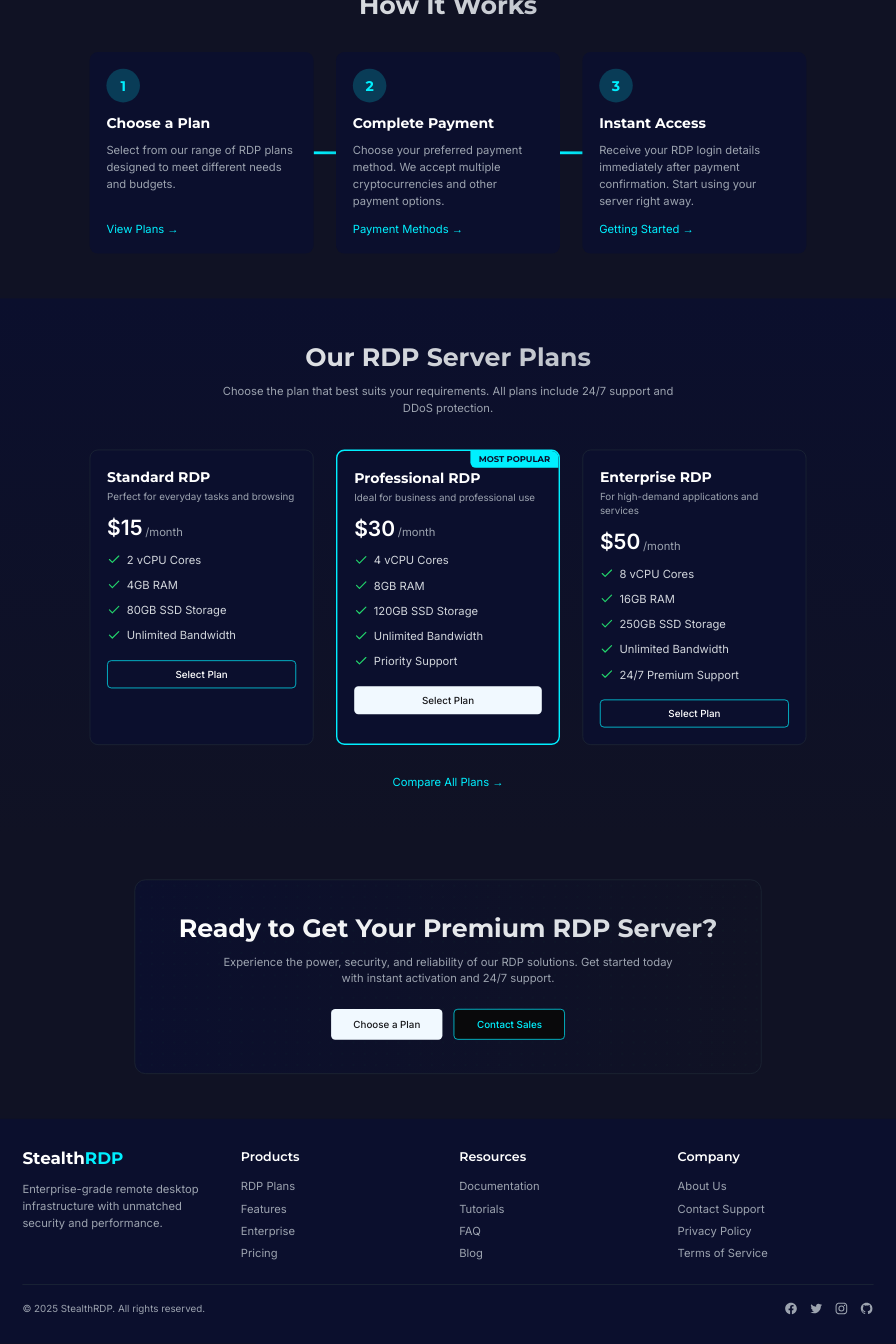
Repository: Husnainn01/stealthrdp2
Page: /
These files come from the project's save history. The page is drawn as it stood at one moment and after the next save; the edit follows.
The browser window is 1280 px wide. The pictures show the part of the page from y = 1025 to 2945 px (the page is 2945 px tall), at 70% of full size.
The project was rebuilt for these pictures with package versions that can differ from the ones it lists, and the page was loaded fresh each time. Also part of the build but not shown: vite.config.ts, src/components/ui/tooltip.tsx, src/components/ui/accordion.tsx, src/pages/FAQ.tsx, src/components/ui/card.tsx, src/components/ui/tabs.tsx, src/pages/Plans.tsx, src/pages/Features.tsx and 1 more.

Above is the page before, as saved 2025-05-05 05:15:45.

### index.html
<!DOCTYPE html>
<html lang="en">
  <head>
    <meta charset="UTF-8" />
    <meta name="viewport" content="width=device-width, initial-scale=1.0" />
    <title>stealth-digital-revamp</title>
    <meta name="description" content="Lovable Generated Project" />
    <meta name="author" content="Lovable" />

    <meta property="og:title" content="stealth-digital-revamp" />
    <meta property="og:description" content="Lovable Generated Project" />
    <meta property="og:type" content="website" />
    <meta property="og:image" content="https://lovable.dev/opengraph-image-p98pqg.png" />

    <meta name="twitter:card" content="summary_large_image" />
    <meta name="twitter:site" content="@lovable_dev" />
    <meta name="twitter:image" content="https://lovable.dev/opengraph-image-p98pqg.png" />
  </head>

  <body>
    <div id="root"></div>
    <!-- IMPORTANT: DO NOT REMOVE THIS SCRIPT TAG OR THIS VERY COMMENT! -->
    <script src="https://cdn.gpteng.co/gptengineer.js" type="module"></script>
    <script type="module" src="/src/main.tsx"></script>

    <!--Start of Tawk.to Script-->
    <script type="text/javascript">
    var Tawk_API=Tawk_API||{}, Tawk_LoadStart=new Date();
    (function(){
    var s1=document.createElement("script"),s0=document.getElementsByTagName("script")[0];
    s1.async=true;
    s1.src='https://embed.tawk.to/67aadec4825083258e1318e0/1ijpnccj4';
    s1.charset='UTF-8';
    s1.setAttribute('crossorigin','*');
    s0.parentNode.insertBefore(s1,s0);
    })();
    </script>
    <!--End of Tawk.to Script-->
  </body>
</html>

### src/App.tsx
import { Toaster } from "@/components/ui/toaster";
import { Toaster as Sonner } from "@/components/ui/sonner";
import { TooltipProvider } from "@/components/ui/tooltip";
import { QueryClient, QueryClientProvider } from "@tanstack/react-query";
import { BrowserRouter, Routes, Route } from "react-router-dom";
import ScrollToTop from "./components/ScrollToTop";
import Index from "./pages/Index";
import FAQPage from "./pages/FAQ";
import Plans from "./pages/Plans";
import Features from "./pages/Features";
import NotFound from "./pages/NotFound";

const queryClient = new QueryClient();

const App = () => (
  <QueryClientProvider client={queryClient}>
    <TooltipProvider>
      <Toaster />
      <Sonner />
      <BrowserRouter>
        <ScrollToTop />
        <Routes>
          <Route path="/" element={<Index />} />
          <Route path="/faq" element={<FAQPage />} />
          <Route path="/plans" element={<Plans />} />
          <Route path="/features" element={<Features />} />
          {/* ADD ALL CUSTOM ROUTES ABOVE THE CATCH-ALL "*" ROUTE */}
          <Route path="*" element={<NotFound />} />
        </Routes>
      </BrowserRouter>
    </TooltipProvider>
  </QueryClientProvider>
);

export default App;

### src/components/ui/toaster.tsx
import { useToast } from "@/hooks/use-toast"
import {
  Toast,
  ToastClose,
  ToastDescription,
  ToastProvider,
  ToastTitle,
  ToastViewport,
} from "@/components/ui/toast"

export function Toaster() {
  const { toasts } = useToast()

  return (
    <ToastProvider>
      {toasts.map(function ({ id, title, description, action, ...props }) {
        return (
          <Toast key={id} {...props}>
            <div className="grid gap-1">
              {title && <ToastTitle>{title}</ToastTitle>}
              {description && (
                <ToastDescription>{description}</ToastDescription>
              )}
            </div>
            {action}
            <ToastClose />
          </Toast>
        )
      })}
      <ToastViewport />
    </ToastProvider>
  )
}

### src/components/ui/sonner.tsx
import { useTheme } from "next-themes"
import { Toaster as Sonner, toast } from "sonner"

type ToasterProps = React.ComponentProps<typeof Sonner>

const Toaster = ({ ...props }: ToasterProps) => {
  const { theme = "system" } = useTheme()

  return (
    <Sonner
      theme={theme as ToasterProps["theme"]}
      className="toaster group"
      toastOptions={{
        classNames: {
          toast:
            "group toast group-[.toaster]:bg-background group-[.toaster]:text-foreground group-[.toaster]:border-border group-[.toaster]:shadow-lg",
          description: "group-[.toast]:text-muted-foreground",
          actionButton:
            "group-[.toast]:bg-primary group-[.toast]:text-primary-foreground",
          cancelButton:
            "group-[.toast]:bg-muted group-[.toast]:text-muted-foreground",
        },
      }}
      {...props}
    />
  )
}

export { Toaster, toast }

### src/components/ScrollToTop.tsx
import { useEffect } from 'react';
import { useLocation } from 'react-router-dom';

// This component scrolls to the top of the page when the route changes
const ScrollToTop = () => {
  const { pathname } = useLocation();

  useEffect(() => {
    // Scroll to top with smooth behavior
    window.scrollTo({
      top: 0,
      left: 0,
      behavior: 'smooth'
    });
  }, [pathname]);

  return null; // This component doesn't render anything
};

export default ScrollToTop;

### src/pages/Index.tsx

import React from 'react';
import { Link } from 'react-router-dom';
import Layout from '@/components/Layout';
import { Button } from '@/components/ui/button';
import { Check } from 'lucide-react';

const Index = () => {
  return (
    <Layout>
      {/* Hero Section */}
      <section className="pt-24 pb-16 md:pt-32 md:pb-24 relative overflow-hidden">
        <div className="absolute inset-0 z-0">
          <div className="absolute inset-0 bg-gradient-to-b from-charcoal to-midnight opacity-90"></div>
          <div className="absolute inset-0 bg-[radial-gradient(#22D46B10_1px,transparent_1px)] [background-size:20px_20px]"></div>
        </div>

        <div className="container relative z-10">
          <div className="max-w-4xl mx-auto text-center">
            <h1 className="text-4xl md:text-5xl lg:text-6xl font-bold font-montserrat mb-6 bg-gradient-to-r from-white to-gray-300 bg-clip-text text-transparent fade-in">
              Premium Remote Desktop Servers
            </h1>
            <p className="text-gray-300 text-lg md:text-xl mb-8 fade-in" style={{ animationDelay: '0.2s' }}>
              Secure, high-performance RDP solutions with instant setup, robust security features, and reliable 24/7 support.
            </p>
            <div className="flex flex-col sm:flex-row justify-center gap-4 fade-in" style={{ animationDelay: '0.4s' }}>
              <Button asChild size="lg" className="btn-electric text-base">
                <Link to="/plans">View Plans</Link>
              </Button>
              <Button asChild variant="outline" size="lg" className="border-electric text-electric hover:bg-electric/10 text-base">
                <Link to="/features">Explore Features</Link>
              </Button>
            </div>
          </div>
        </div>
      </section>

      {/* Key Benefits Section */}
      <section className="bg-midnight py-16">
        <div className="container">
          <h2 className="text-3xl md:text-4xl font-bold font-montserrat text-center mb-12 bg-gradient-to-r from-white to-gray-400 bg-clip-text text-transparent">
            Why Choose StealthRDP
          </h2>

          <div className="grid grid-cols-1 md:grid-cols-3 gap-8">
            {/* Benefit 1 */}
            <div className="bg-charcoal rounded-xl p-6 card-hover">
              <div className="w-14 h-14 rounded-full bg-cyber/20 flex items-center justify-center mb-4">
                <svg xmlns="http://www.w3.org/2000/svg" className="h-7 w-7 text-cyber" fill="none" viewBox="0 0 24 24" stroke="currentColor">
                  <path strokeLinecap="round" strokeLinejoin="round" strokeWidth={2} d="M9 12l2 2 4-4m6 2a9 9 0 11-18 0 9 9 0 0118 0z" />
                </svg>
              </div>
              <h3 className="text-xl font-bold font-montserrat text-white mb-3">Instant Setup</h3>
              <p className="text-gray-400">
                Get your RDP server up and running within minutes after payment. No waiting, no delays - start working immediately.
              </p>
            </div>

            {/* Benefit 2 */}
            <div className="bg-charcoal rounded-xl p-6 card-hover">
              <div className="w-14 h-14 rounded-full bg-electric/20 flex items-center justify-center mb-4">
                <svg xmlns="http://www.w3.org/2000/svg" className="h-7 w-7 text-electric" fill="none" viewBox="0 0 24 24" stroke="currentColor">
                  <path strokeLinecap="round" strokeLinejoin="round" strokeWidth={2} d="M17 8h2a2 2 0 012 2v6a2 2 0 01-2 2h-2v4l-4-4H9a1.994 1.994 0 01-1.414-.586m0 0L11 14h4a2 2 0 002-2V6a2 2 0 00-2-2H5a2 2 0 00-2 2v6a2 2 0 002 2h2v4l.586-.586z" />
                </svg>
              </div>
              <h3 className="text-xl font-bold font-montserrat text-white mb-3">24/7 Support</h3>
              <p className="text-gray-400">
                Our dedicated team is available around the clock to assist with any technical issues or questions you may have.
              </p>
            </div>

            {/* Benefit 3 */}
            <div className="bg-charcoal rounded-xl p-6 card-hover">
              <div className="w-14 h-14 rounded-full bg-cyber/20 flex items-center justify-center mb-4">
                <svg xmlns="http://www.w3.org/2000/svg" className="h-7 w-7 text-cyber" fill="none" viewBox="0 0 24 24" stroke="currentColor">
                  <path strokeLinecap="round" strokeLinejoin="round" strokeWidth={2} d="M12 15v2m-6 4h12a2 2 0 002-2v-6a2 2 0 00-2-2H6a2 2 0 00-2 2v6a2 2 0 002 2zm10-10V7a4 4 0 00-8 0v4h8z" />
                </svg>
              </div>
              <h3 className="text-xl font-bold font-montserrat text-white mb-3">Enhanced Security</h3>
              <p className="text-gray-400">
                Robust security measures including DDoS protection, secure data centers, and regular backups to keep your work safe.
              </p>
            </div>
          </div>
        </div>
      </section>

      {/* How It Works Section */}
      <section className="py-16 bg-charcoal">
        <div className="container">
          <h2 className="text-3xl md:text-4xl font-bold font-montserrat text-center mb-12 bg-gradient-to-r from-white to-gray-400 bg-clip-text text-transparent">
            How It Works
          </h2>

          <div className="grid grid-cols-1 md:grid-cols-3 gap-8 max-w-5xl mx-auto">
            {/* Step 1 */}
            <div className="relative">
              <div className="bg-midnight rounded-xl p-6 relative z-10 h-full flex flex-col">
                <div className="w-12 h-12 rounded-full bg-electric/20 flex items-center justify-center mb-4 text-electric font-montserrat font-bold text-xl">
                  1
                </div>
                <h3 className="text-xl font-bold font-montserrat text-white mb-3">Choose a Plan</h3>
                <p className="text-gray-400 flex-grow">
                  Select from our range of RDP plans designed to meet different needs and budgets.
                </p>
                <Link to="/plans" className="text-electric hover:underline mt-4 inline-block">
                  View Plans →
                </Link>
              </div>
              {/* Connector line */}
              <div className="hidden md:block absolute top-1/2 left-full w-full h-1 bg-gradient-to-r from-electric to-transparent -translate-y-1/2 z-0"></div>
            </div>

            {/* Step 2 */}
            <div className="relative">
              <div className="bg-midnight rounded-xl p-6 relative z-10 h-full flex flex-col">
                <div className="w-12 h-12 rounded-full bg-electric/20 flex items-center justify-center mb-4 text-electric font-montserrat font-bold text-xl">
                  2
                </div>
                <h3 className="text-xl font-bold font-montserrat text-white mb-3">Complete Payment</h3>
                <p className="text-gray-400 flex-grow">
                  Choose your preferred payment method. We accept multiple cryptocurrencies and other payment options.
                </p>
                <Link to="/payment" className="text-electric hover:underline mt-4 inline-block">
                  Payment Methods →
                </Link>
              </div>
              {/* Connector line */}
              <div className="hidden md:block absolute top-1/2 left-full w-full h-1 bg-gradient-to-r from-electric to-transparent -translate-y-1/2 z-0"></div>
            </div>

            {/* Step 3 */}
            <div>
              <div className="bg-midnight rounded-xl p-6 relative z-10 h-full flex flex-col">
                <div className="w-12 h-12 rounded-full bg-electric/20 flex items-center justify-center mb-4 text-electric font-montserrat font-bold text-xl">
                  3
                </div>
                <h3 className="text-xl font-bold font-montserrat text-white mb-3">Instant Access</h3>
                <p className="text-gray-400 flex-grow">
                  Receive your RDP login details immediately after payment confirmation. Start using your server right away.
                </p>
                <Link to="/getting-started" className="text-electric hover:underline mt-4 inline-block">
                  Getting Started →
                </Link>
              </div>
            </div>
          </div>
        </div>
      </section>

      {/* Plans Preview Section */}
      <section className="py-16 bg-gradient-to-b from-midnight to-charcoal">
        <div className="container">
          <div className="text-center mb-12">
            <h2 className="text-3xl md:text-4xl font-bold font-montserrat mb-4 bg-gradient-to-r from-white to-gray-400 bg-clip-text text-transparent">
              Our RDP Server Plans
            </h2>
            <p className="text-gray-400 max-w-2xl mx-auto">
              Choose the plan that best suits your requirements. All plans include 24/7 support and DDoS protection.
            </p>
          </div>

          <div className="grid grid-cols-1 md:grid-cols-3 gap-8 max-w-5xl mx-auto">
            {/* Basic Plan */}
            <div className="bg-midnight border border-gray-800 rounded-xl overflow-hidden card-hover">
              <div className="p-6">
                <h3 className="text-xl font-bold font-montserrat text-white mb-1">Standard RDP</h3>
                <p className="text-gray-400 text-sm mb-4">Perfect for everyday tasks and browsing</p>
                <div className="flex items-end mb-4">
                  <span className="text-3xl font-bold text-white">$15</span>
                  <span className="text-gray-400 ml-1">/month</span>
                </div>
                <ul className="space-y-3 mb-6">
                  <li className="flex items-start">
                    <Check className="h-5 w-5 text-cyber mr-2 mt-0.5" />
                    <span className="text-gray-300">2 vCPU Cores</span>
                  </li>
                  <li className="flex items-start">
                    <Check className="h-5 w-5 text-cyber mr-2 mt-0.5" />
                    <span className="text-gray-300">4GB RAM</span>
                  </li>
                  <li className="flex items-start">
                    <Check className="h-5 w-5 text-cyber mr-2 mt-0.5" />
                    <span className="text-gray-300">80GB SSD Storage</span>
                  </li>
                  <li className="flex items-start">
                    <Check className="h-5 w-5 text-cyber mr-2 mt-0.5" />
                    <span className="text-gray-300">Unlimited Bandwidth</span>
                  </li>
                </ul>
                <Button asChild className="w-full bg-midnight text-white border border-electric hover:bg-electric hover:text-midnight transition-colors">
                  <Link to="/plans">Select Plan</Link>
                </Button>
              </div>
            </div>

            {/* Pro Plan */}
            <div className="bg-midnight border-2 border-electric rounded-xl overflow-hidden relative card-hover">
              <div className="absolute top-0 right-0 bg-electric text-midnight px-3 py-1 text-xs font-bold font-montserrat rounded-bl-lg">
                MOST POPULAR
              </div>
              <div className="p-6">
                <h3 className="text-xl font-bold font-montserrat text-white mb-1">Professional RDP</h3>
                <p className="text-gray-400 text-sm mb-4">Ideal for business and professional use</p>
                <div className="flex items-end mb-4">
                  <span className="text-3xl font-bold text-white">$30</span>
                  <span className="text-gray-400 ml-1">/month</span>
                </div>
                <ul className="space-y-3 mb-6">
                  <li className="flex items-start">
                    <Check className="h-5 w-5 text-cyber mr-2 mt-0.5" />
                    <span className="text-gray-300">4 vCPU Cores</span>
                  </li>
                  <li className="flex items-start">
                    <Check className="h-5 w-5 text-cyber mr-2 mt-0.5" />
                    <span className="text-gray-300">8GB RAM</span>
                  </li>
                  <li className="flex items-start">
                    <Check className="h-5 w-5 text-cyber mr-2 mt-0.5" />
                    <span className="text-gray-300">120GB SSD Storage</span>
                  </li>
                  <li className="flex items-start">
                    <Check className="h-5 w-5 text-cyber mr-2 mt-0.5" />
                    <span className="text-gray-300">Unlimited Bandwidth</span>
                  </li>
                  <li className="flex items-start">
                    <Check className="h-5 w-5 text-cyber mr-2 mt-0.5" />
                    <span className="text-gray-300">Priority Support</span>
                  </li>
                </ul>
                <Button asChild className="w-full btn-electric">
                  <Link to="/plans">Select Plan</Link>
                </Button>
              </div>
            </div>

            {/* Enterprise Plan */}
            <div className="bg-midnight border border-gray-800 rounded-xl overflow-hidden card-hover">
              <div className="p-6">
                <h3 className="text-xl font-bold font-montserrat text-white mb-1">Enterprise RDP</h3>
                <p className="text-gray-400 text-sm mb-4">For high-demand applications and services</p>
                <div className="flex items-end mb-4">
                  <span className="text-3xl font-bold text-white">$50</span>
                  <span className="text-gray-400 ml-1">/month</span>
                </div>
                <ul className="space-y-3 mb-6">
                  <li className="flex items-start">
                    <Check className="h-5 w-5 text-cyber mr-2 mt-0.5" />
                    <span className="text-gray-300">8 vCPU Cores</span>
                  </li>
                  <li className="flex items-start">
                    <Check className="h-5 w-5 text-cyber mr-2 mt-0.5" />
                    <span className="text-gray-300">16GB RAM</span>
                  </li>
                  <li className="flex items-start">
                    <Check className="h-5 w-5 text-cyber mr-2 mt-0.5" />
                    <span className="text-gray-300">250GB SSD Storage</span>
                  </li>
                  <li className="flex items-start">
                    <Check className="h-5 w-5 text-cyber mr-2 mt-0.5" />
                    <span className="text-gray-300">Unlimited Bandwidth</span>
                  </li>
                  <li className="flex items-start">
                    <Check className="h-5 w-5 text-cyber mr-2 mt-0.5" />
                    <span className="text-gray-300">24/7 Premium Support</span>
                  </li>
                </ul>
                <Button asChild className="w-full bg-midnight text-white border border-electric hover:bg-electric hover:text-midnight transition-colors">
                  <Link to="/plans">Select Plan</Link>
                </Button>
              </div>
            </div>
          </div>

          <div className="text-center mt-10">
            <Link to="/plans" className="text-electric hover:underline">
              Compare All Plans →
            </Link>
          </div>
        </div>
      </section>

      {/* CTA Section */}
      <section className="py-16 bg-charcoal">
        <div className="container">
          <div className="max-w-4xl mx-auto bg-gradient-to-r from-midnight to-charcoal p-8 sm:p-10 md:p-12 rounded-2xl border border-gray-800 relative overflow-hidden">
            {/* Background Effect */}
            <div className="absolute inset-0 bg-[radial-gradient(#22D46B05_1px,transparent_1px)] [background-size:16px_16px]"></div>
            <div className="relative z-10 text-center">
              <h2 className="text-3xl md:text-4xl font-bold font-montserrat mb-4 bg-gradient-to-r from-white to-gray-300 bg-clip-text text-transparent">
                Ready to Get Your Premium RDP Server?
              </h2>
              <p className="text-gray-400 mb-8 max-w-2xl mx-auto">
                Experience the power, security, and reliability of our RDP solutions. Get started today with instant activation and 24/7 support.
              </p>
              <div className="flex flex-col sm:flex-row justify-center gap-4">
                <Button asChild size="lg" className="btn-electric">
                  <Link to="/plans">Choose a Plan</Link>
                </Button>
                <Button asChild variant="outline" size="lg" className="border-electric text-electric hover:bg-electric/10">
                  <Link to="/contact">Contact Sales</Link>
                </Button>
              </div>
            </div>
          </div>
        </div>
      </section>
    </Layout>
  );
};

export default Index;

### src/components/Layout.tsx

import React from 'react';
import Navbar from './Navbar';
import Footer from './Footer';

interface LayoutProps {
  children: React.ReactNode;
}

const Layout: React.FC<LayoutProps> = ({ children }) => {
  return (
    <div className="flex flex-col min-h-screen">
      <Navbar />
      <main className="flex-grow">{children}</main>
      <Footer />
    </div>
  );
};

export default Layout;

Loaded but not shown: src/main.tsx (common file); src/hooks/use-toast.ts (common file); src/lib/utils.ts (common file); src/components/Footer.tsx (83 lines, source omitted); src/components/ui/toast.tsx (127 lines, source omitted); src/components/Navbar.tsx (133 lines, source omitted); tailwind.config.ts (110 lines, source omitted); src/components/ui/button.tsx (56 lines, source omitted); src/index.css (70 lines, source omitted)

After the next save:
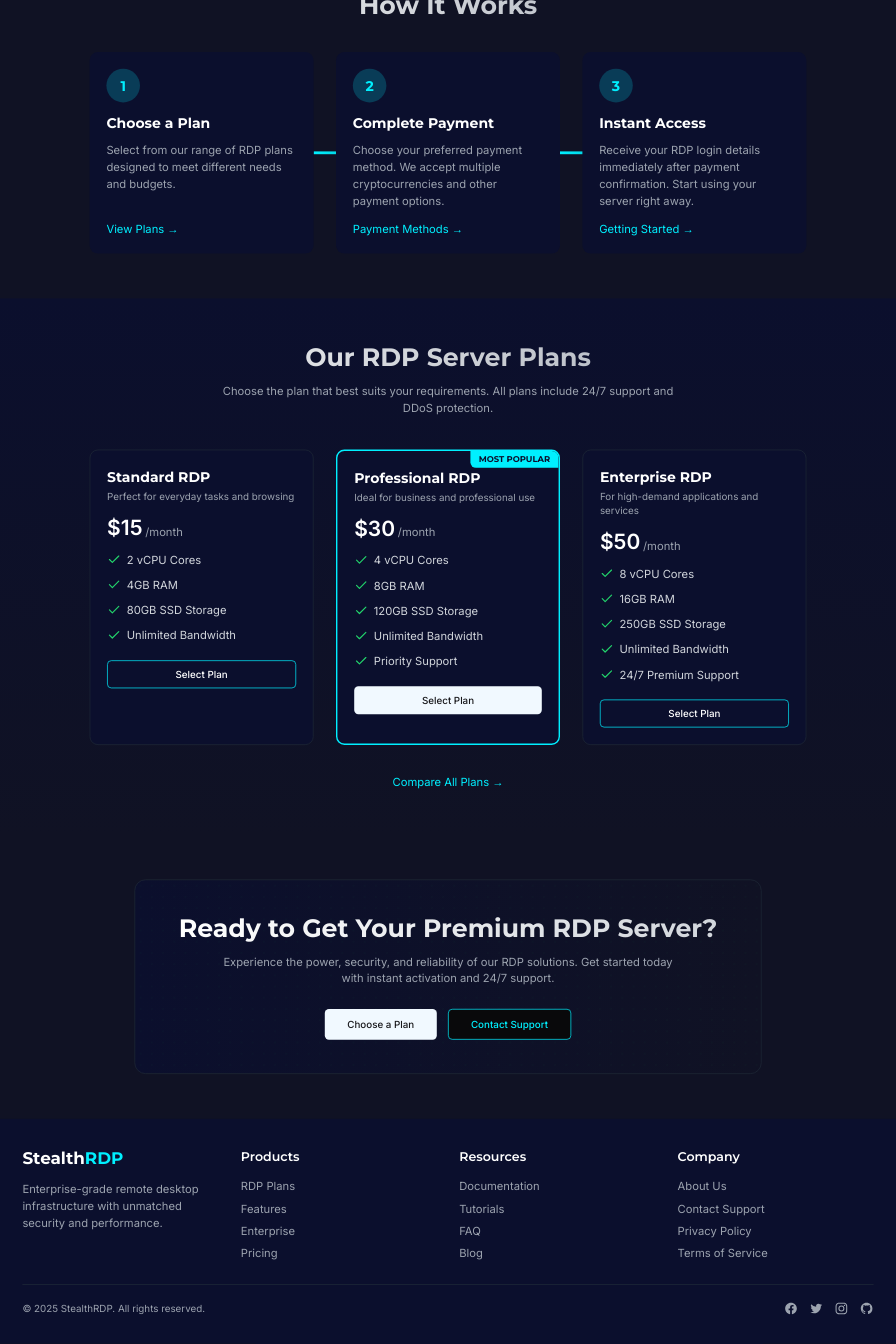
Saved 9 s later.
--- a/src/pages/Index.tsx
+++ b/src/pages/Index.tsx
@@ -1,4 +1,3 @@
-
 import React from 'react';
 import { Link } from 'react-router-dom';
 import Layout from '@/components/Layout';
@@ -298,7 +297,7 @@
                   <Link to="/plans">Choose a Plan</Link>
                 </Button>
                 <Button asChild variant="outline" size="lg" className="border-electric text-electric hover:bg-electric/10">
-                  <Link to="/contact">Contact Sales</Link>
+                  <a href="https://stealthrdp.com/dash/submitticket.php" target="_blank" rel="noopener noreferrer">Contact Support</a>
                 </Button>
               </div>
             </div>
